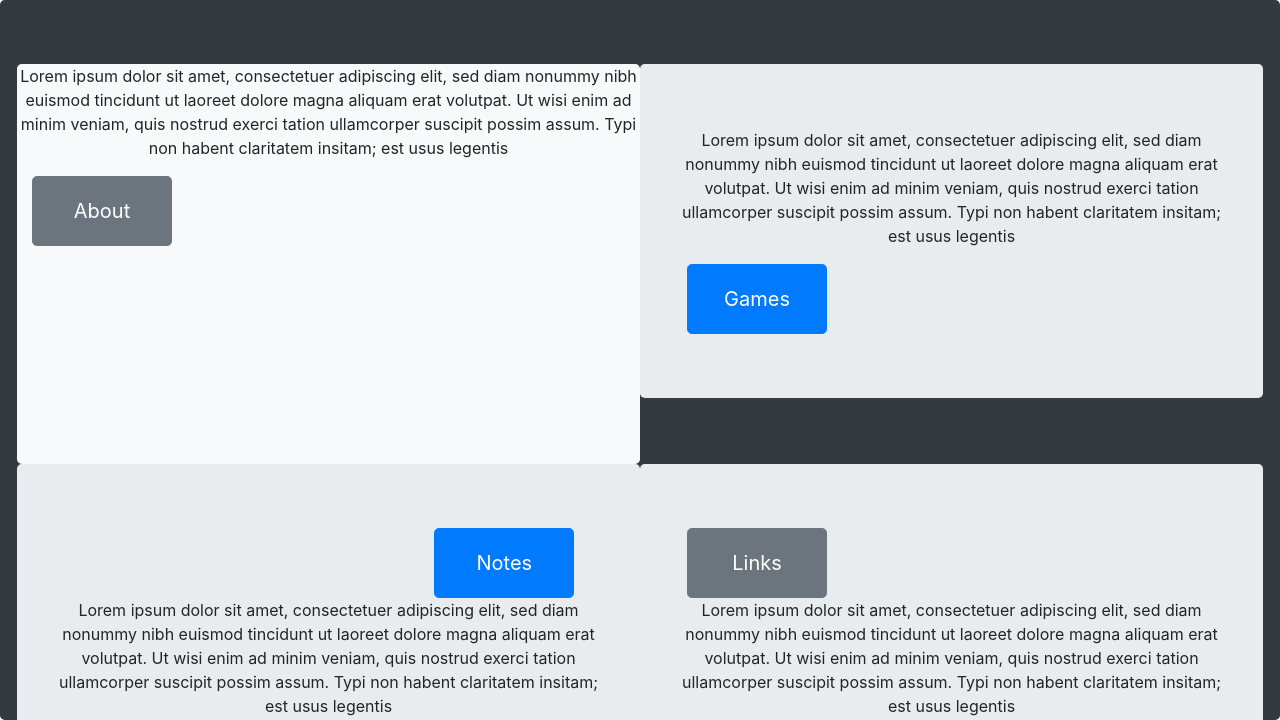
Repository: Kamicoda/Noteblock
Page: index.html
The author's editor kept a record of every edit. The page is drawn from the files as they stood at one moment, then again after the next edit.
The browser window is 1280 px wide. The pictures show the whole page.
Some web libraries are served in a nearby version.

Above is the page before.

After the next edit:
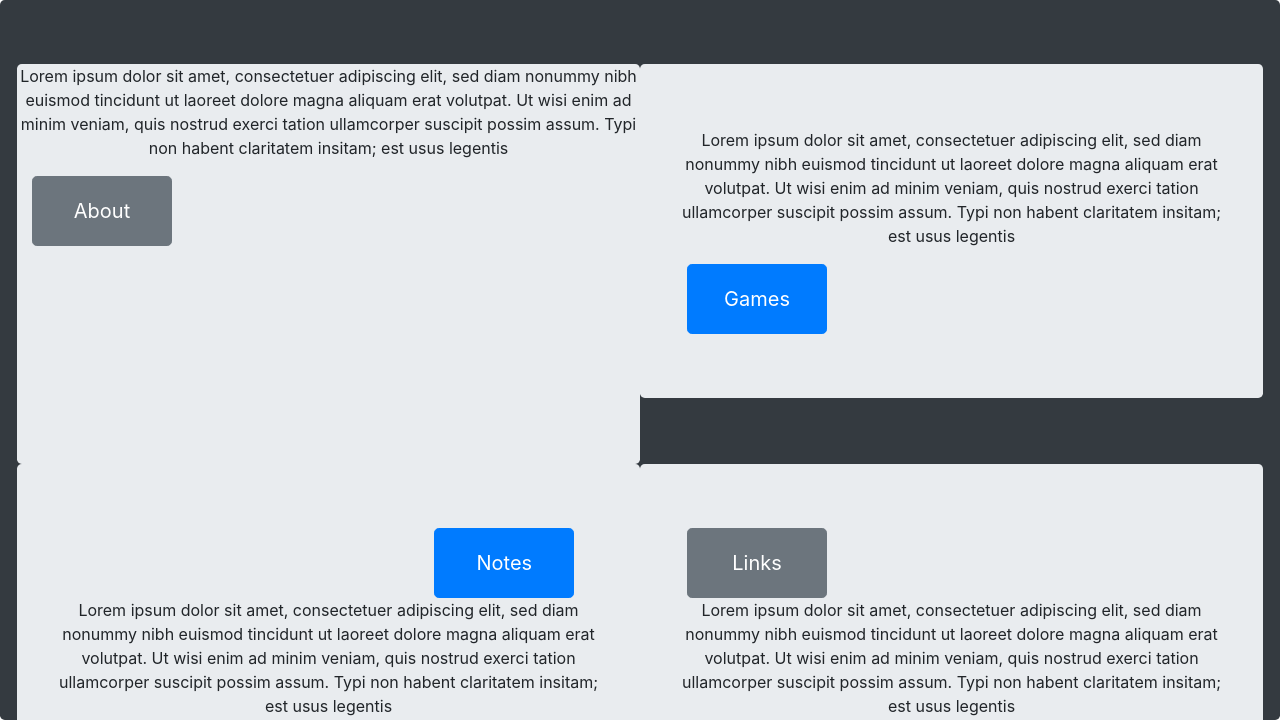
The edit:
--- a/index.html
+++ b/index.html
@@ -35,7 +35,7 @@
             <div class="row navtoprow">
 
                 <div class="col-6 about">
-                    <div class="jumbotron cabout bg-light">
+                    <div class="jumbotron cabout">
 
                             <div class="row">
                                 <div class="col">
